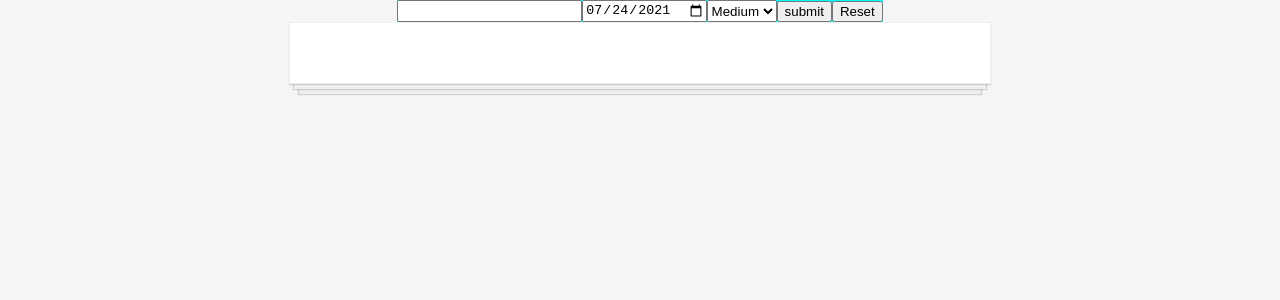
Repository: 0101chaitanya/react-todo
Page: /
The author's editor kept a copy of each file at every save. The page is drawn from the files as they stood at one save, then again after the next save.
The browser window is 1280 px wide. The pictures show the whole page.
The project was rebuilt for these pictures with package versions that can differ from the ones it lists, and the page was loaded fresh each time. Also part of the build but not shown: src/components/TodoItem.js.

Above is the page before, as saved 2021-07-24 16:31:47.

### src/index.js
import React from "react";
import ReactDOM from "react-dom";
import "./index.css";
import App from "./App";
import reportWebVitals from "./reportWebVitals";
import css from "./App.css";

ReactDOM.render(
  <React.StrictMode>
    <App />
  </React.StrictMode>,
  document.getElementById("root")
);

// If you want to start measuring performance in your app, pass a function
// to log results (for example: reportWebVitals(console.log))
// or send to an analytics endpoint. Learn more: https://bit.ly/CRA-vitals
reportWebVitals();

### src/App.js
import React, { Component } from "react";
import TodoState from "./components/todoState";
import InputForm from "./components/InputForm";
import uniqid from "uniqid";
import { format } from "date-fns";
import css from "./App.css";
class App extends Component {
  constructor() {
    super();
    this.handleSubmit = this.handleSubmit.bind(this);
    this.state = {
      tasksArray: JSON.parse(localStorage.getItem("tasksArray")) ?? [],
    };
  }
  handleSubmit(e, input, context) {
    input.id = uniqid();

    e.preventDefault();
    this.setState(
      (prevState) => ({
        tasksArray: prevState.tasksArray.concat(input),
      }),
      () => {
        localStorage.setItem(
          "tasksArray",
          JSON.stringify(this.state.tasksArray)
        );
      }
    );

    console.log(this.state.tasksArray);
    //e.target.reset();
    e.target.submit();
  }

  render() {
    //localStorage.removeItem("tasksArray");
    //localStorage.clear();
    localStorage.setItem("tasksArray", JSON.stringify(this.state.tasksArray));
    console.log(this.state.tasksArray);

    //console.log(JSON.parse(localStorage.getItem("tasksArray")));
    return (
      <div>
        <InputForm
          className="input-form"
          //item={this.cache}
          //handleNoSubmission={this.handleNoSubmission}
          handleSubmit={this.handleSubmit}
        />
        <TodoState tasksArray={this.state.tasksArray} />
      </div>
    );
  }
}

export default App;

### src/App.css
body {
  background-color: whitesmoke;
}

.todo-list {
  background-color: white;
  margin: auto;
  width: 50%;
  display: flex;
  flex-direction: column;
  align-items: center;
  border: 1px solid #efefef;
  box-shadow:
    /* The top layer shadow */ 0 1px 1px rgba(0, 0, 0, 0.15),
    /* The second layer */ 0 10px 0 -5px #eee,
    /* The second layer shadow */ 0 10px 1px -4px rgba(0, 0, 0, 0.15),
    /* The third layer */ 0 20px 0 -10px #eee,
    /* The third layer shadow */ 0 20px 1px -9px rgba(0, 0, 0, 0.15);
  padding: 30px;
}

.todo-item {
  display: flex;
  justify-content: flex-start;
  align-items: center;
  padding: 30px 20px 0;
  width: 70%;
  border-bottom: 1px solid #cecece;
  font-family: Roboto, sans-serif;
  font-weight: 100;
  font-size: 15px;
  color: #333333;
}

input[type="checkbox"] {
  margin-right: 10px;
  font-size: 30px;
}

input[type="checkbox"]:focus {
  outline: 0;
}

.input-form {
  background-color: aqua;

  display: flex;
  justify-content: center;
  justify-self: center;
}

### src/components/todoState.js
import React from "react";
import TodoItem from "./TodoItem";
import css from "../App.css";
class TodoState extends React.Component {
  constructor(props) {
    super(props);
    this.state = {
      todos: this.props.tasksArray || [],
    };
    this.handleChange = this.handleChange.bind(this);
    //this.handleSubmit = this.handleSubmit.bind(this);
    this.deleteTask = this.deleteTask.bind(this);
    this.callSubmit = this.callSubmit.bind(this);
  }
  callSubmit(e, id, sentState) {
    this.setState(
      (prevState) => {
        const newTd = prevState.todos.map((todo) => {
          if (todo.id === id) {
            todo = sentState;
            return todo;
          } else {
            return todo;
          }
        });
        console.log(newTd);

        return {
          todos: newTd,
        };
      },
      (e) =>
        localStorage.setItem("tasksArray", JSON.stringify(this.state.todos))
    );
  }

  deleteTask(e, id) {
    this.setState(
      (prevState) => {
        const newTd = prevState.todos.filter((todo) => {
          return todo.id === id ? false : todo;
        });
        console.log(newTd);

        return {
          todos: newTd,
        };
      },
      (e) =>
        localStorage.setItem("tasksArray", JSON.stringify(this.state.todos))
    );
  }
  handleChange(id) {
    this.setState(
      (prevState) => {
        const newTodos = prevState.todos.map((todo) => {
          if (todo.id === id) {
            return {
              ...todo,
              completed: !todo.completed,
            };
          }
          return todo;
        });
        return {
          todos: newTodos,
        };
      },
      (e) =>
        localStorage.setItem("tasksArray", JSON.stringify(this.state.todos))
    );
  }
  render() {
    const todoItems = this.state.todos.map((item) => (
      <TodoItem
        key={item.id}
        item={item}
        callSubmit={this.callSubmit}
        deleteTask={this.deleteTask}
        handleChange={this.handleChange}
      />
    ));

    return (
      <div>
        <div className="todo-list">{todoItems}</div>
      </div>
    );
  }
}

export default TodoState;

### src/components/InputForm.js
import React from "react";
import uniqid from "uniqid";
import parseISO from "date-fns/parseISO";
import differenceInDays from "date-fns/differenceInDays";
import { format } from "date-fns";

class InputForm extends React.Component {
  constructor(props) {
    super(props);
    this.state = this.props.item || {
      description: "",
      date: format(new Date(), "yyyy-MM-dd"),
      priority: "medium",
      completed: false,
    };
    this.handleChange = this.handleChange.bind(this);
  }

  handleChange(e) {
    const { name, value } = e.target;
    this.setState({
      ...this.state,

      [name]: value,
    });
  }

  render() {
    const bin = this.props.item;

    return (
      <form
        className="input-form"
        onSubmit={(e) => {
          this.props.handleSubmit(e, this.state, this);
          this.setState({
            description: "",
            date: format(new Date(), "yyyy-MM-dd"),
            priority: "medium",
            id: uniqid(),
            priorityTags: ["medium"],
            dateTags: [],
            completed: false,
          });
        }}
        onReset={(e) => {
          //e.preventDefault();
          this.setState({
            state: bin,
          });
        }}
      >
        <input
          onChange={this.handleChange}
          value={this.state.description}
          name="description"
          type="text"
          required
        />
        <input
          required
          onChange={this.handleChange}
          value={this.state.date}
          name="date"
          type="date"
        />
        <select
          onChange={this.handleChange}
          value={this.state.priority}
          name="priority"
          required
        >
          <option value="low">Low</option>
          <option value="medium">Medium</option>
          <option value="high">High</option>
        </select>

        <label>
          <input type="submit" value="submit" />
        </label>
        <label>
          <input type="reset" value="Reset" />
        </label>
      </form>
    );
  }
}
export default InputForm;

Loaded but not shown: public/index.html (common file); src/index.css (common file); src/reportWebVitals.js (common file)

After the next save:
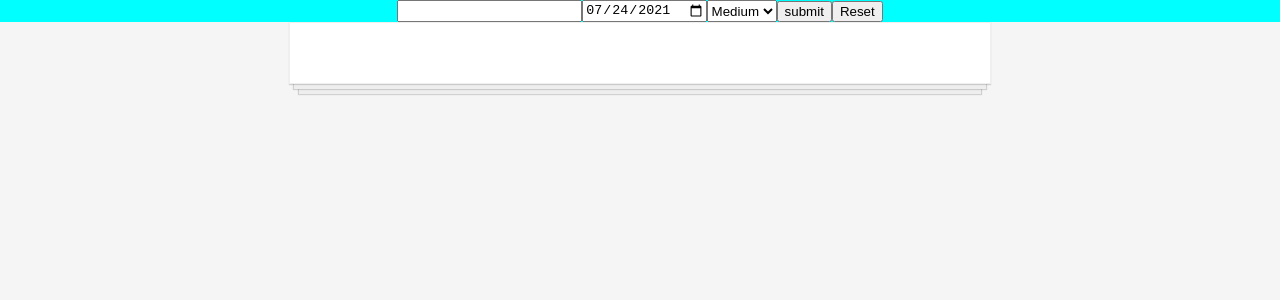
Saved 10 s later.
--- a/src/App.css
+++ b/src/App.css
@@ -46,5 +46,4 @@ input[type="checkbox"]:focus {
 
   display: flex;
   justify-content: center;
-  justify-self: center;
 }
